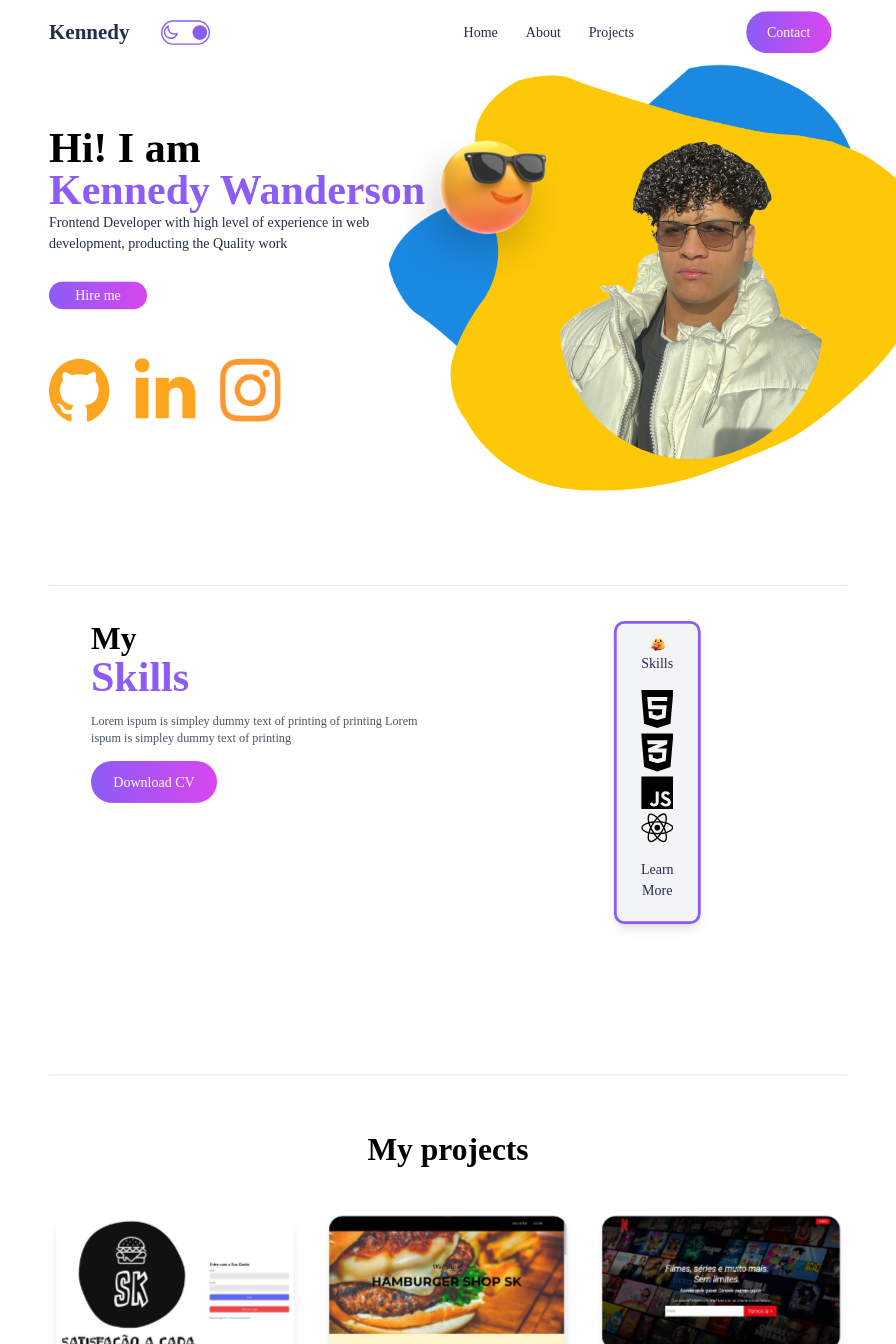
Repository: KennedyWanderson/portfolio
Page: /
These files come from the project's save history. The page is drawn as it stood at one moment and after the next save; the edit follows.
The browser window is 1280 px wide. The pictures show the part of the page from y = 0 to 1920 px (the page is 3240 px tall), at 70% of full size.
Some web fonts or font styles are not loaded; a fallback is used. The project was rebuilt for these pictures with package versions that can differ from the ones it lists, and the page was loaded fresh each time. Imported but missing from the stored project, and not drawn on this page: src/Components/Services/Kennedy_CV.pdf.

Above is the page before, as saved 2024-01-26 12:29:28.

### public/index.html
<!DOCTYPE html>
<html lang="en">
  <head>
    <meta charset="utf-8" />
    <link rel="icon" href="%PUBLIC_URL%/favicon.ico" />
    <meta name="viewport" content="width=device-width, initial-scale=1" />
    <meta name="theme-color" content="#000000" />
    <meta
      name="description"
      content="Web site created using create-react-app"
    />

    <style>
      @font-face{
        font-family: Gumela;
        src: url('../src/fonts/*');
      }

      *{
        font-family: 'Gumela';
        font-weight: normal;
        font-size: 20px;
      }
      body{
        margin: 0;
      }
    </style>
    <link rel="apple-touch-icon" href="%PUBLIC_URL%/logo192.png" />
    <!--
      manifest.json provides metadata used when your web app is installed on a
      user's mobile device or desktop. See https://developers.google.com/web/fundamentals/web-app-manifest/
    -->
    <link rel="manifest" href="%PUBLIC_URL%/manifest.json" />
    <!--
      Notice the use of %PUBLIC_URL% in the tags above.
      It will be replaced with the URL of the `public` folder during the build.
      Only files inside the `public` folder can be referenced from the HTML.

      Unlike "/favicon.ico" or "favicon.ico", "%PUBLIC_URL%/favicon.ico" will
      work correctly both with client-side routing and a non-root public URL.
      Learn how to configure a non-root public URL by running `npm run build`.
    -->
    <title>React App</title>
  </head>
  <body>
    <noscript>You need to enable JavaScript to run this app.</noscript>
    <div id="root"></div>
    <!--
      This HTML file is a template.
      If you open it directly in the browser, you will see an empty page.

      You can add webfonts, meta tags, or analytics to this file.
      The build step will place the bundled scripts into the <body> tag.

      To begin the development, run `npm start` or `yarn start`.
      To create a production bundle, use `npm run build` or `yarn build`.
    -->
  </body>
</html>

### src/index.js
import React from 'react';
import ReactDOM from 'react-dom/client';
import './index.css';
import App from './App';
import reportWebVitals from './reportWebVitals';
import { ThemeProvider } from './Context';

const root = ReactDOM.createRoot(document.getElementById('root'));
root.render(
  <ThemeProvider>
    <App />
  </ThemeProvider>

);

// If you want to start measuring performance in your app, pass a function
// to log results (for example: reportWebVitals(console.log))
// or send to an analytics endpoint. Learn more: https://bit.ly/CRA-vitals
reportWebVitals();

### src/index.css
@import 'tailwindcss/base';
@import 'tailwindcss/components';
@import 'tailwindcss/utilities';

:root
{
  --yellow: #F5C32C;
    --orange : #FCA61F;
    --black : #242D49;
    --gray : #788097;
    --blueCard : #DDF8FE;
    --purple: rgb(238 210 255);
    --boxShadow : 0px 19px 60px rgb(0 0 0 / 8%);
    --orangeCard: rgba(252, 166, 31, 0.45);
    --smboxShadow: -79px 51px 60px rgba(0, 0, 0, 0.08);
}

.App{
    overflow: hidden;
    color: var(--black);
}

### src/App.js
import './App.css';
import './index.css'
import Navbar from './Components/Navbar/Navbar';
import About from './Components/About/About';
import Services from './Components/Services/Services';
import Portfolio from './Components/Portfolio/Portfolio';
import Contact from './Components/Contact/Contact';
import Footer from './Components/Footer/Footer';
import { useContext } from 'react';
import { themeContext } from './Context';
import { Divider } from '@mui/material';

function App() {
  const theme = useContext(themeContext)
  const darkMode = theme.state.darkMode;

  return (
    <>
    <div className="App"
    style={{
      background: darkMode? 'black': '',
      color: darkMode? 'white': ''
    }}>

      <Navbar />
      <About />
      <Divider />
      <Services />
      <Divider />
      <Portfolio />
      <Divider />
      <Contact />
    </div>
    <div style={{
      background: darkMode? 'black': '',
      color: darkMode? 'white': ''
    }}>

      <Footer />
    </div>

    </>
  );
}

export default App;

### src/Context.js
import { createContext, useReducer } from "react";

export const themeContext = createContext();

const initialState = {darkMode: false};

const themeReducer = (state, action) => {

    switch(action.type){
        case 'toggle':
            return{darkMode : !state.darkMode};

        default:
            return state;
    }
}
    export const ThemeProvider = (props) => {
        const [state, dispatch] = useReducer(themeReducer, initialState);
        return (
            <themeContext.Provider value={{state, dispatch}}>
                {props.children}
            </themeContext.Provider>
        );
};

### src/App.css
@import 'tailwindcss/base';
@import 'tailwindcss/components';
@import 'tailwindcss/utilities';

:root
{
  --yellow: #F5C32C;
    --orange : #FCA61F;
    --black : #242D49;
    --gray : #788097;
    --blueCard : #DDF8FE;
    --purple: rgb(238 210 255);
    --boxShadow : 0px 19px 60px rgb(0 0 0 / 8%);
    --orangeCard: rgba(252, 166, 31, 0.45);
    --smboxShadow: -79px 51px 60px rgba(0, 0, 0, 0.08);
}

.App{
    padding: 0.5rem 3.5rem;
    overflow: hidden;
    color: var(--black);
}

.button{
  border-radius: 34px;
  border: none;
  color: white;
  font-size: 16px;
  padding: 10px;
}

@media screen and (max-width: 480px) {
    .App{
      padding: 0.5rem 1rem;
    }
}

### src/Components/Navbar/Navbar.jsx
import React from "react";
import Toggle from "../Toggle/Toggle";
import { Link } from 'react-scroll';

const Navbar = () => {
    return (
        <div className="lg:h-[10vh] flex flex-col lg:flex-row justify-between">
            <div className="flex-1 flex items-center gap-8">
                <div className="text-2xl font-bold">Kennedy</div>
                <Toggle />
            </div>
            <div className="lg:flex hidden flex-1 items-center justify-center font-normal">
                <div className="flex-grow-10">
                    <ul className="lg:flex hidden gap-8 mr-32 hover:cursor-grab">
                        <Link spy={true} to='Navbar' smooth={true}>
                            <li className="hover:text-orange-500">Home</li>
                        </Link>
                        <Link spy={true} to='About' smooth={true}>
                            <li className="hover:text-orange-500">About</li>
                        </Link>
                        <Link spy={true} to='Projects' smooth={true}>
                            <li className="hover:text-orange-500">Projects</li>
                        </Link>
                    </ul>
                </div>
                <button className=" rounded-3xl border-none text-white text-base pt-3 p-3 pr-6 pl-6 bg-gradient-to-r from-violet-500 to-fuchsia-500
                hover:cursor-grab bg-white hover:text-orange-500
                ">Contact</button>
            </div>
        </div>
    );
}

export default Navbar;

### src/Components/About/About.jsx
import React, { useContext } from "react";
import Github from '../../img/github.png'
import Instagram from '../../img/instagram.png'
import Linkedin from '../../img/linkedin.png'
import Profile from '../../img/eu.png'
import './About.css'
import Vector1 from '../../img/Vector1.png'
import Vector2 from '../../img/Vector2.png'
import { themeContext } from "../../Context";
import {motion} from 'framer-motion'
import glassesemoji from '../../img/glassesimoji.png'


const About = () => {

    const transition = {duration: 2, type: 'spring'}

    const theme = useContext(themeContext);
    const darkMode = theme.state.darkMode;

    return (
        <div className="lg:flex lg:flex-row flex-col h-[77vh] my-20 about">
            <div className="flex flex-col relative flex-1 gap-8">
                <div className="flex flex-col ">
                    <span style={{color: darkMode? 'white': ''}} className="text-black font-bold text-5xl">Hi! I am</span>
                    <span className="text-violet-500 font-bold text-5xl">Kennedy Wanderson</span>
                    <span>Frontend Developer with high level of experience
                        in web development, producting the Quality work                   </span>
                </div>
                <button className="rounded-3xl	border-none	text-white text-base pt-3 p-3 pr-6 pl-6 bg-gradient-to-r from-violet-500 to-fuchsia-500
                hover:cursor-grab bg-white hover:text-orange-500 w-28 h-8 flex justify-center items-center">Hire me</button>
                <div className="mt-6 flex gap-7 hover:cursor-grab left">
                    <a href="https://github.com/KennedyWanderson">
                        <img src={Github} alt="" />
                    </a>
                    <a href="https://www.linkedin.com/in/kennedy-wanderson/">
                        <img src={Linkedin} alt="" />
                    </a>
                    <a href="https://www.instagram.com/_dev.kennedy/">
                        <img src={Instagram} alt="" />
                    </a>
                </div>
            </div>
            <div className="i-right">
                <img src={Vector1} alt="" />
                <img src={Vector2} alt="" />
                <img className="rounded-full" src={Profile} alt="" />
                <motion.img
                initial={{left: '-46%'}}
                whileInView={{left: '-14%'}}
                transition={transition}
                src={glassesemoji} alt="" />
            </div>
        </div>
    )
}

export default About;

### src/Components/Services/Services.jsx
import React, { useContext } from "react";
import HeartEmoji from '../../img/heartemoji.png'
import Card from "../Card/Card";
import Resume from './Kennedy_CV.pdf'
import './Services.css'
import { themeContext } from "../../Context";
import { motion } from 'framer-motion'
import ReactIimg from '../../img/react.svg'
import HtmlImg from '../../img/html5.svg'
import CssImg from '../../img/css3-alt.svg'
import JavaImg from '../../img/js.svg'

const Services = () => {

    const theme = useContext(themeContext);
    const darkMode = theme.state.darkMode;

    return (

        <div className="pt-0 pb-12 pr-3 pl-12 flex h-[90vh] mt-10 services" id="About">
            <div className="flex flex-col relative">
                <span style={{ color: darkMode ? 'white' : '' }} className="text-black text-4xl font-bold">My </span>
                <span className="text-violet-500 font-bold text-5xl">Skills</span>
                <spane style={{ color: darkMode ? 'white' : '' }} className="text-gray-600 text-sm mt-4">Lorem ispum is simpley dummy text of printing of printing Lorem

                    <br />
                    ispum is simpley dummy text of printing
                </spane>
                <a href={Resume} download>
                    <button className="rounded-3xl	border-none	text-white text-base pt-3 p-3 pr-6 pl-6 bg-gradient-to-r from-violet-500 to-fuchsia-500
                    hover:cursor-grab bg-white hover:text-orange-500 w-36 mt-4">Download CV</button>
                </a>
            </div>
            <div className="relative sm:flex lg:block cards gap-17rem">
                <div className=" left-56 absolute sm:static lg:absolute">
                    <Card
                        emoji={HeartEmoji}
                        heading={'Skills'}
                        detail={[HtmlImg, CssImg, JavaImg, ReactIimg]}
                    />
                </div>
                <motion.div
                    initial={{ rotate: 45 }}
                    whileInView={{ rotate: 0 }}
                    viewport={{ margin: '-40px' }}
                    transition={{ duration: 3.5, type: 'spriing' }}
                >
                    <div>
                        <img src={[ReactIimg, ReactIimg]} alt="" />
                    </div>
                    <div>

                    </div>
                    <div>

                    </div>
                    <div>

                    </div>

                </motion.div>
            </div>
        </div>
    )
}

export default Services;

### src/Components/Portfolio/Portfolio.jsx
import React, { useContext } from "react";
import {Swiper, SwiperSlide} from 'swiper/react'
import 'swiper/css'
import Admin from '../../img/admin.jpeg'
import Movie from '../../img/movie.jpeg'
import Netflix from '../../img/netflix.jpeg'
import { themeContext } from "../../Context";
import Burguer from '../../img/burguer.jpeg'

const Portfolio = () => {
    const theme = useContext(themeContext);
    const darkMode = theme.state.darkMode;

    return(
        <div className="flex flex-col items-center justify-center h-[70vh] mb-10" id="Projects">
            <span style={{color: darkMode? 'white': ''}} className="text-black font-bold text-4xl">My projects</span>


            <Swiper spaceBetween={30}
            slidesPerView={3}
            grabCursor={true}
            className="overflow-visible w-full mt-12">
                <SwiperSlide className="w-80 p-2">
                    <img className="w-72 drop-shadow-xl rounded-2xl"  src={Admin} alt="" />
                </SwiperSlide>
                <SwiperSlide className="w-80 p-2">
                    <img className="w-72 drop-shadow-xl rounded-2xl" src={Burguer} alt="" />
                </SwiperSlide>
                <SwiperSlide className="w-80 p-2">
                    <img className="w-72 drop-shadow-xl rounded-2xl"  src={Netflix} alt="" />
                </SwiperSlide>
                <SwiperSlide className="w-80 p-2">
                    <img className="w-72 drop-shadow-xl rounded-2xl" src={Movie} alt="" />
                </SwiperSlide>
            </Swiper>
        </div>
    )
}

export default Portfolio;

### src/Components/Contact/Contact.jsx
import React, { useContext, useState } from "react";
import { useRef } from 'react';
import emailjs from '@emailjs/browser';
import { themeContext } from "../../Context";

const Contact = () => {

    const theme = useContext(themeContext);
    const darkMode = theme.state.darkMode;

  const form = useRef();

  const [done, setDone] = useState(false)

  const sendEmail = (e) => {
    e.preventDefault();

    emailjs.sendForm('service_nloztkk', 'template_w0nf8e5', form.current, 'l4pVECB3jFJ-edbZo')
      .then((result) => {
          console.log(result.text);
          setDone(true)
      }, (error) => {
          console.log(error.text);
      });
  };

    return(
        <div className="lg:flex flex-col m-3 pt-0 pr-12 pb-0 pl-12 mt-16 flex h-[80vh]">
            <div>
                <div className="flex flex-col">
                    <span style={{color: darkMode? 'white': ''}} className="text-black font-bold text-4xl">Get in touch</span>
                    <span className="text-violet-500 font-bold text-5xl">Contact me</span>
                </div>
            </div>

            <div className="flex justify-center relative flex-1">
                <form ref={form} onSubmit={sendEmail} className="flex flex-col gap-8 items-center" action="">
                    <input type="text" name="user_name" className=" w-80 h-8 p-2 outline-none border-2 border-violet-500 rounded-lg text-base" placeholder="Name" />
                    <input type="email" name="user_email" className="w-80 h-8 p-2 outline-none border-2 border-violet-500 rounded-lg text-base" placeholder="Email" />
                    <textarea  name="message" className="h-16 w-80 p-2 outline-none border-2 border-violet-500 rounded-lg text-base" placeholder="Message" />
                    <input type="submit" value="Send" className="rounded-3xl border-none text-white text-base pt-3 p-3 pr-6 pl-6 bg-gradient-to-r from-violet-500 to-fuchsia-500
                    hover:cursor-grab bg-white hover:text-orange-500 w-32 mt-4" />
                    <span className="text-center text-green-500 font-bold text-xl">{done && "Thanks for contacting me!"}</span>
                </form>
            </div>
        </div>
    )
}

export default Contact;

### src/Components/Footer/Footer.jsx
import React from "react";
import Wave from '../../img/wave.png'
import Insta from '@iconscout/react-unicons/icons/uil-instagram'
import Git from '@iconscout/react-unicons/icons/uil-github'
import Linkedin from '@iconscout/react-unicons/icons/uil-linkedin'

const Footer = () => {
    return(
        <div className=" flex items-center mt-[-0.5rem] mb-[-3.5rem] relative">
            <img src={Wave} alt="" style={{width: '100%'}}/>
            <div className="sm:scale-50 flex flex-col items-center justify-center absolute w-full mt-16 gap-16 text-white">
                <span>devprogrammer.wiz@gmail.com</span>
                <div className="flex gap-8">
                    <Insta color='white' size='3rem' />
                    <Git color='white' size='3rem' />
                    <Linkedin color='white' size='3rem' />
                </div>
            </div>
        </div>
    )
}

export default Footer;

### src/Components/Toggle/Toggle.jsx
import React, { useContext } from "react";
import Sun from '@iconscout/react-unicons/icons/uil-sun'
import Moon from '@iconscout/react-unicons/icons/uil-moon'
import { themeContext } from "../../Context";

const Toggle = () => {

    const theme = useContext(themeContext);
    const darkMode = theme.state.darkMode;
    const handleClick = () => {
        theme.dispatch({type: 'toggle'})
    }

    return (
        <div onClick={handleClick} className="flex items-center justify-between rounded-full m-1 border-2 border-violet-500 relative cursor-grab
        w-14 h-7 text-violet-500">
                <Moon />
                <Sun />
            <div className="rounded-full p-[6.5px] absolute bg-violet-500 border-4 border-violet-500"
                style = {darkMode? {left: '2px'} : {right : '2px'}}>
            </div>
        </div>
    )
}

export default Toggle;

### src/Components/About/About.css
.i-right{
    flex: 1;
    position: relative;
}

.i-right>*{
    position: absolute;
    z-index: 1;
}

.i-right>:nth-child(1){
    transform: scale(1.2);
    left: -5%;
    top: -9%;
}
    .i-right>:nth-child(2){
        top: -4.6%;
        transform: scale(1.2);
        left: 3rem;
    }
    .i-right>:nth-child(3){
    transform: scale(1.0);
    left: 28%;
}

@media screen and (max-width: 480px){
    .about {
    flex-direction: column;
    gap: 8rem;
    height: 50rem;
  }

  .left{

    margin-bottom: 50px;
    gap: 4rem;
  }

  .i-right>:nth-child(1){
    transform: scale(0.8);
    left: 0%;
    top: 0%;
}
    .i-right>:nth-child(2){
        transform: scale(0.8);
        left: 0rem;
    }
    .i-right>:nth-child(3){
    transform: scale(0.6);
    left: 0%;

}
.i-right>:nth-child(4){
    transform: scale(0.5);
}
}

### src/Components/Card/Card.jsx
import React from "react";
import '../../App.css'

const Card = ({ emoji, heading, detail }) => {
    return (
        <div className="card w- absolute flex flex-col gap-4 items-center text-center bg-gray-100
        rounded-xl border-4 border-violet-500 shadow-lg pt-0 pr-7 pb-6 pl-7">
            <img className="scale-50 mb-[-2rem]" src={emoji} alt="" />
            <span>{heading}</span>
            <div className="images-container">
                {detail.map((img, index) => (
                    <img key={index} className="flex text-gray-500 text-base w-16" src={img} alt={`Image ${index + 1}`} />
                ))}
            </div>
            <button>Learn More</button>
        </div>
    )
}

export default Card;

### src/Components/Services/Services.css
@media screen and (max-width: 480px) {
    .services {
      margin-top: 0;
      flex-direction: column;
      gap: 5rem;
      height: 66rem;
      padding: 0;
    }

    .cards {
      display: flex;
      flex-direction: column;
      gap: 17rem;
    }
    .cards > * {
      position: static;
    }
  }

Loaded but not shown: src/reportWebVitals.js (common file); tailwind.config.js (common file)

After the next save:
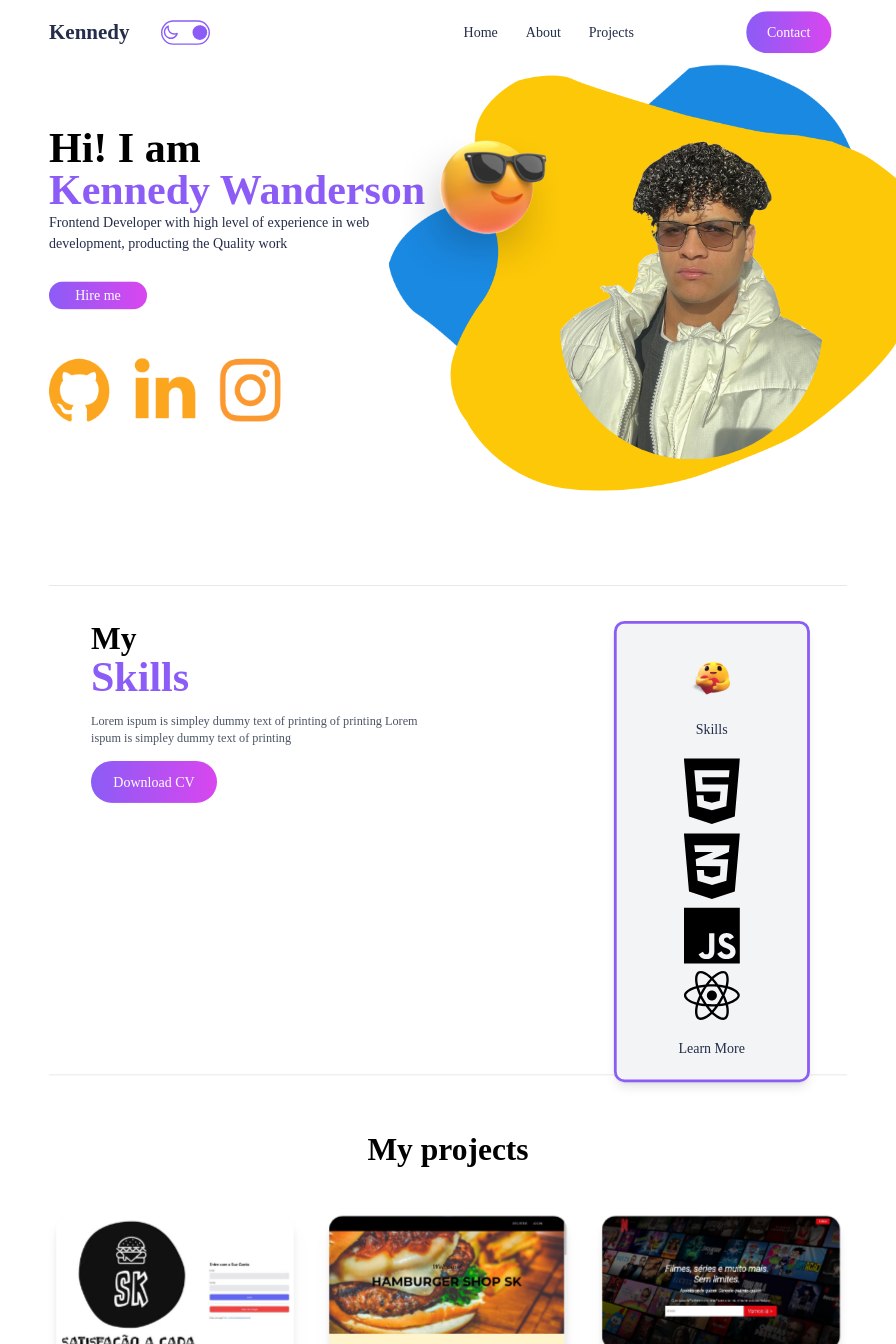
Saved 33 s later.
--- a/src/Components/Card/Card.jsx
+++ b/src/Components/Card/Card.jsx
@@ -3,7 +3,7 @@ import '../../App.css'
 
 const Card = ({ emoji, heading, detail }) => {
     return (
-        <div className="card w- absolute flex flex-col gap-4 items-center text-center bg-gray-100
+        <div className="card w-56 absolute flex flex-col gap-4 items-center text-center bg-gray-100
         rounded-xl border-4 border-violet-500 shadow-lg pt-0 pr-7 pb-6 pl-7">
             <img className="scale-50 mb-[-2rem]" src={emoji} alt="" />
             <span>{heading}</span>
